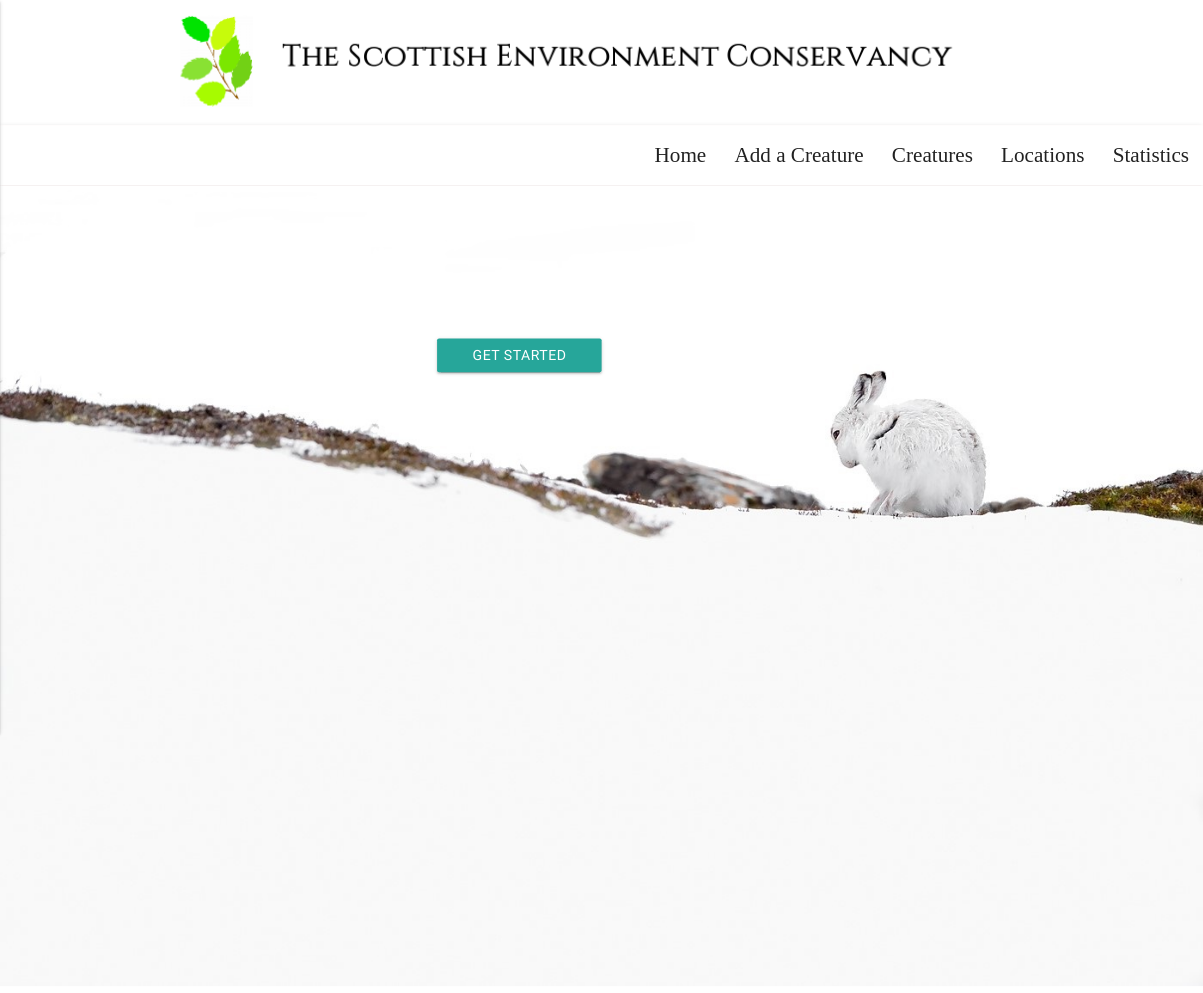
Repository: TaylorD1982/creature-sightings
Page: http://localhost/
The author's editor kept a record of every edit. The page is drawn from the files as they stood at one moment, then again after the next edit.
The browser window is 1280 px wide. The pictures show the whole page, at 94% of full size.
Some web libraries are served in a nearby version. The page is served by the project's application, run on Flask 3 (app.py). Queries for data that is not in the repository find no rows.

Above is the page before.
Console error: TypeError: Cannot read properties of null (reading 'addEventListener')

After the next edit:
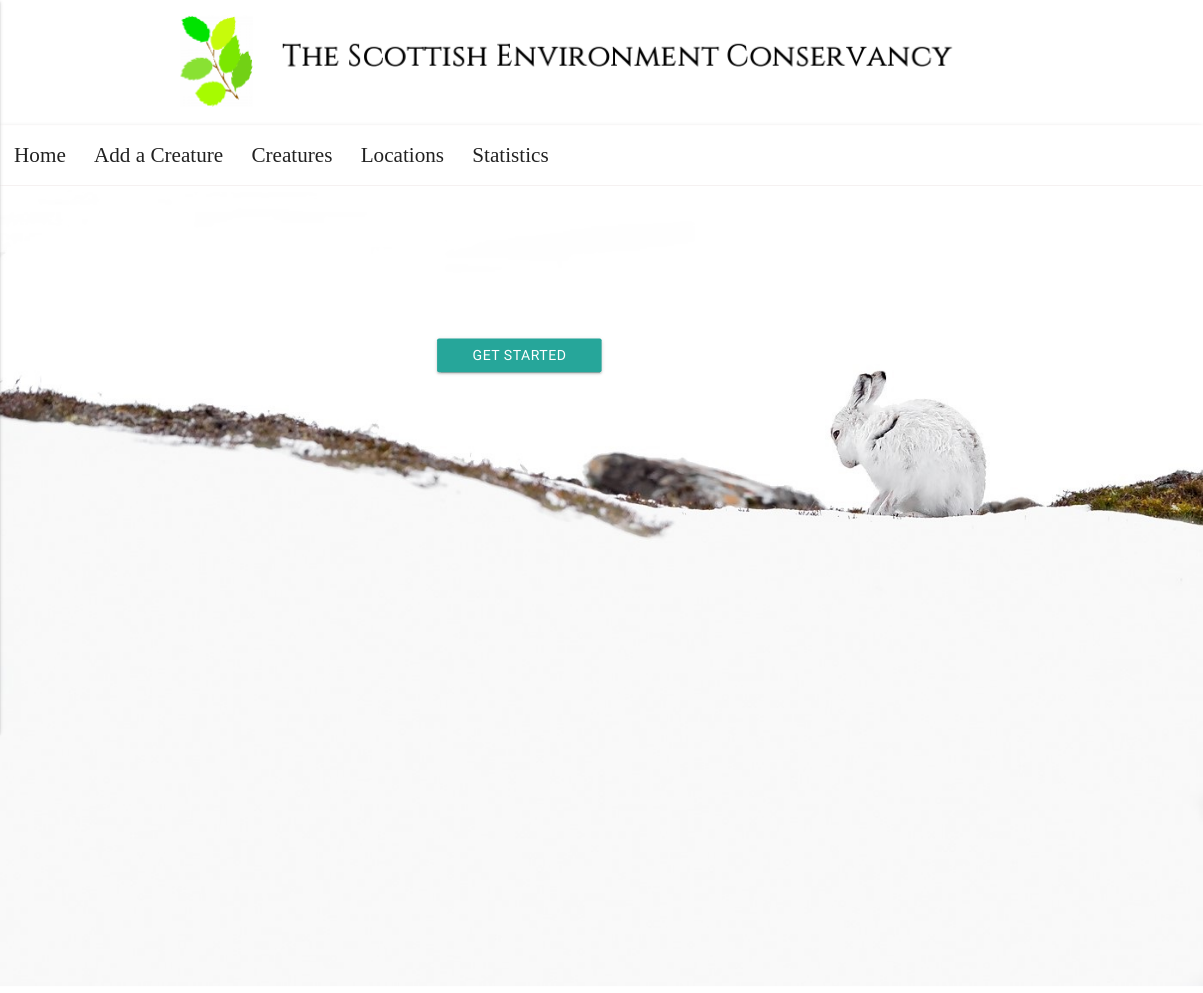
The edit:
--- a/templates/base.html
+++ b/templates/base.html
@@ -16,7 +16,7 @@
         <nav>
             <div class="nav-wrapper">
                 <a href="#" data-activates="mobile-demo" class="button-collapse"><i class="material-icons">menu</i></a>
-                <ul id="nav-mobile" class="right hide-on-med-and-down">
+                <ul id="nav-mobile" class="left hide-on-med-and-down">
                     <li><a href="{{url_for('get_creatures')}}">Home</a></li>
                     <li><a href="{{url_for('add_creature')}}">Add a Creature</a></li>
                     <li><a href="{{url_for('creature')}}">Creatures</a></li>
